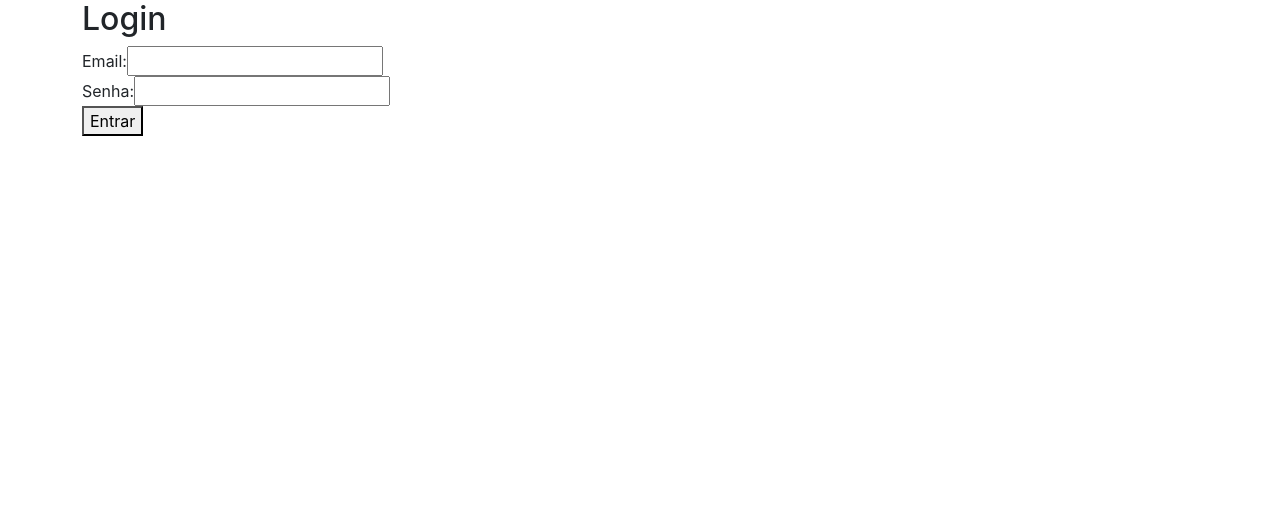
Repository: feliperanon/appliz
Page: /
An editor plug-in stored every save of this project. The page is shown before and after the next save, followed by the edit.
The browser window is 1280 px wide. The pictures show the whole page.
The project was rebuilt for these pictures with package versions that can differ from the ones it lists, and the page was loaded fresh each time. Also part of the build but not shown: src/components/Cadastro.js, src/components/MedicaoTempo.js, src/components/AnaliseDesempenho.js, src/components/OcorrenciasDiarias.js, src/components/ControleQualidade.js, src/components/CapacitacaoTreinamento.js, src/components/ManutencaoPreventiva.js, src/components/CicloPDCA.js and 1 more.

Above is the page before, as saved 2024-10-10 20:18:38.

After the next save:
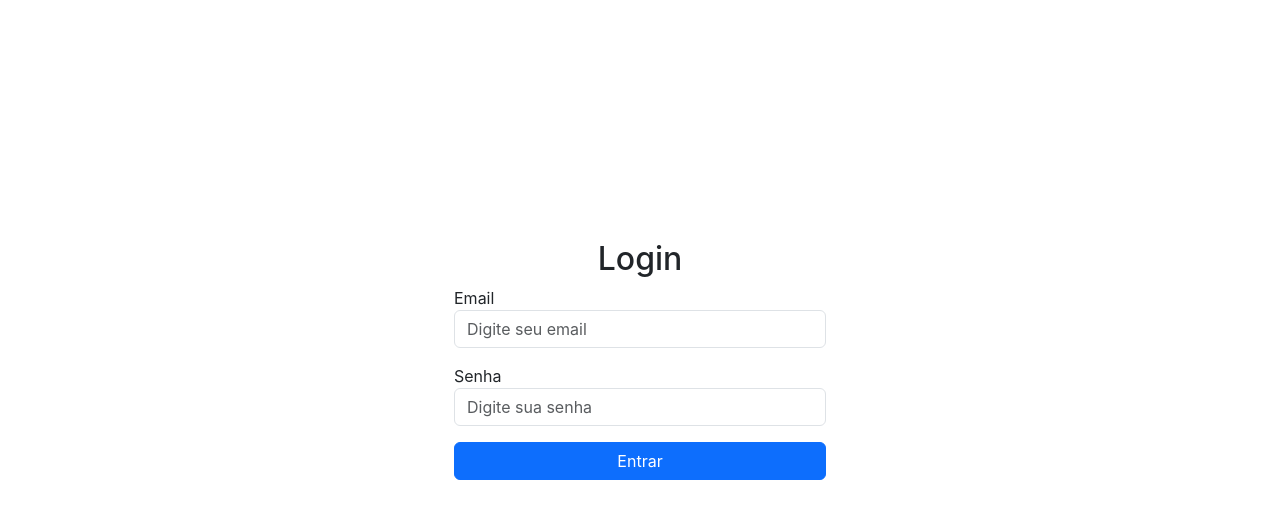
Saved 26 s later.
--- a/src/components/Login.js
+++ b/src/components/Login.js
@@ -17,27 +17,35 @@ const Login = () => {
   };
 
   return (
-    <div className="container">
-      <h2>Login</h2>
-      <form onSubmit={handleSubmit}>
-        <div>
-          <label>Email:</label>
-          <input
-            type="email"
-            value={email}
-            onChange={(e) => setEmail(e.target.value)}
-          />
-        </div>
-        <div>
-          <label>Senha:</label>
-          <input
-            type="password"
-            value={password}
-            onChange={(e) => setPassword(e.target.value)}
-          />
-        </div>
-        <button type="submit">Entrar</button>
-      </form>
+    <div className="container d-flex justify-content-center align-items-center vh-100">
+      <div className="col-md-4">
+        <h2 className="text-center">Login</h2>
+        <form onSubmit={handleSubmit}>
+          <div className="form-group mb-3">
+            <label>Email</label>
+            <input
+              type="email"
+              className="form-control"
+              value={email}
+              onChange={(e) => setEmail(e.target.value)}
+              placeholder="Digite seu email"
+            />
+          </div>
+          <div className="form-group mb-3">
+            <label>Senha</label>
+            <input
+              type="password"
+              className="form-control"
+              value={password}
+              onChange={(e) => setPassword(e.target.value)}
+              placeholder="Digite sua senha"
+            />
+          </div>
+          <button type="submit" className="btn btn-primary w-100">
+            Entrar
+          </button>
+        </form>
+      </div>
     </div>
   );
 };
